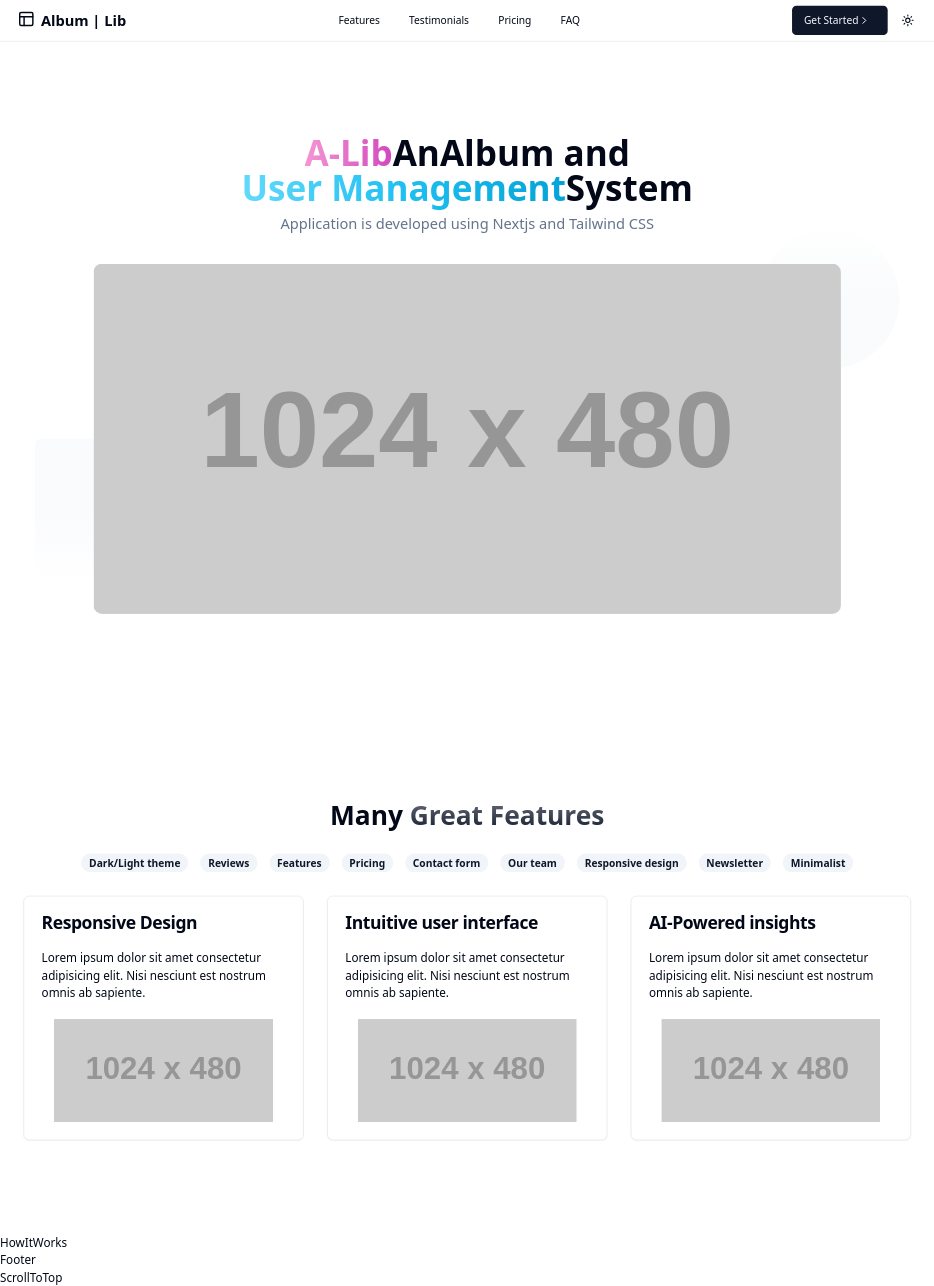
Repository: DevLaukey/savannah-informatics-test
Page: /
An editor plug-in stored every save of this project. The page is shown before and after the next save, followed by the edit.
The browser window is 1280 px wide. The pictures show the whole page, at 73% of full size.
The project was rebuilt for these pictures with package versions that can differ from the ones it lists, and the page was loaded fresh each time. The framework's server and built-in components were replaced by stand-ins that run in the browser. Also part of the build but not shown: next.config.mjs.

Above is the page before, as saved 2024-06-04 22:22:36.

After the next save:
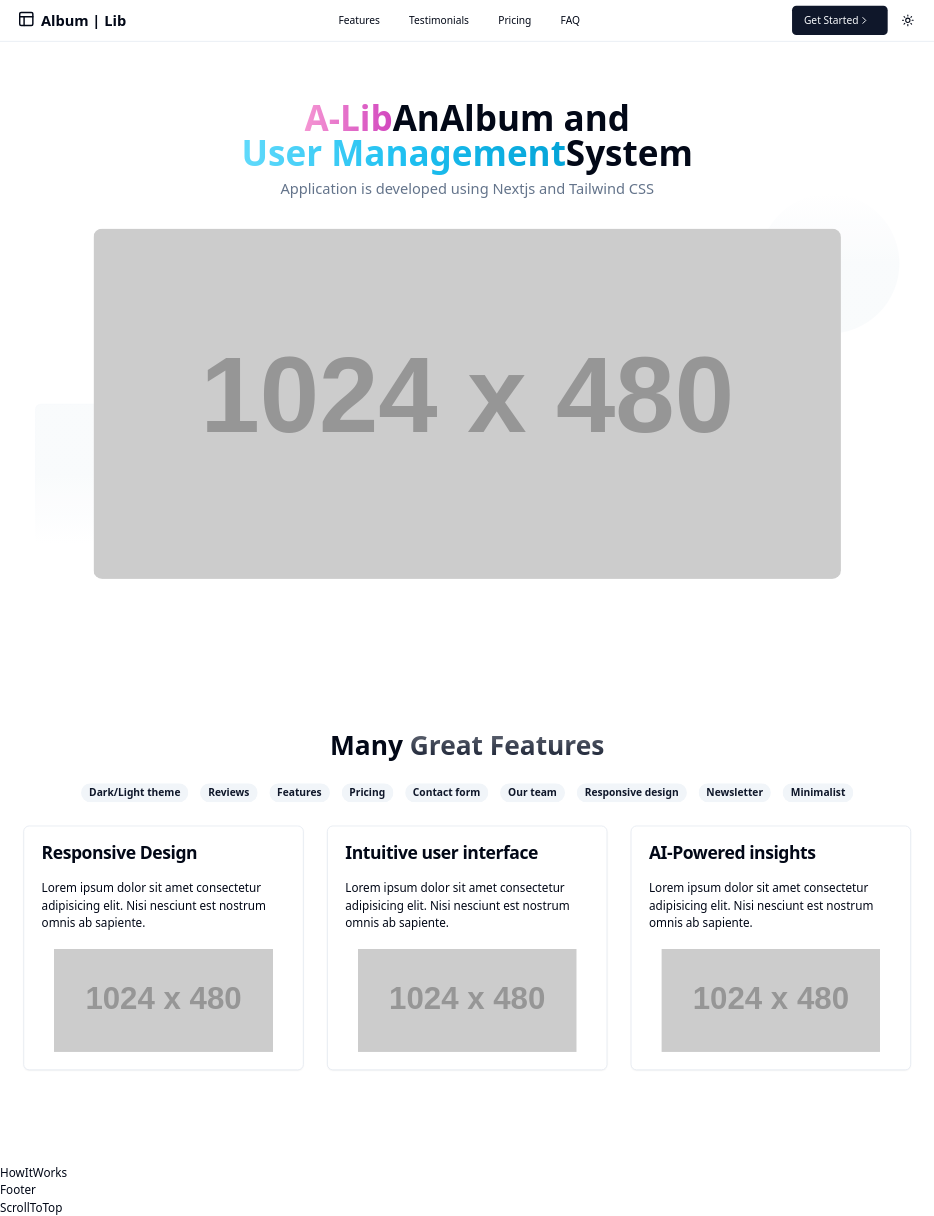
Saved 22 s later.
--- a/components/landing-page/Hero.jsx
+++ b/components/landing-page/Hero.jsx
@@ -2,7 +2,7 @@ const Hero = () => {
   return (
     <>
       {/* Hero */}
-      <div className="relative overflow-hidden py-24 lg:py-32">
+      <div className="relative overflow-hidden py-24 lg:py-20">
         <div className="container">
           <div className="max-w-2xl text-center mx-auto">
             <main className="text-3xl md:text-5xl font-bold">
